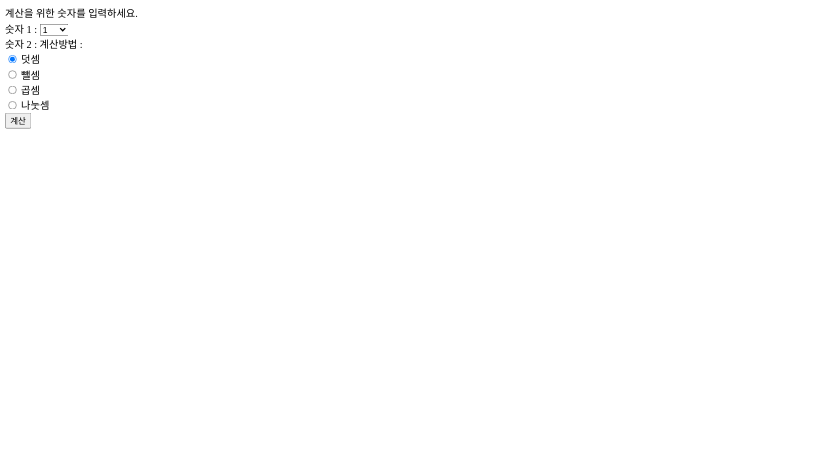
Repository: usonihs/StudyX
Page: http://localhost/JSP/RequestQuiz51.jsp
The author's editor kept a copy of each file at every save. The page is drawn from the files as they stood at one save, then again after the next save.
The browser window is 1280 px wide. The pictures show the whole page, at 64% of full size.
The page is served by Tomcat 9.

Above is the page before, as saved 2022-10-20 04:58:54.

After the next save:
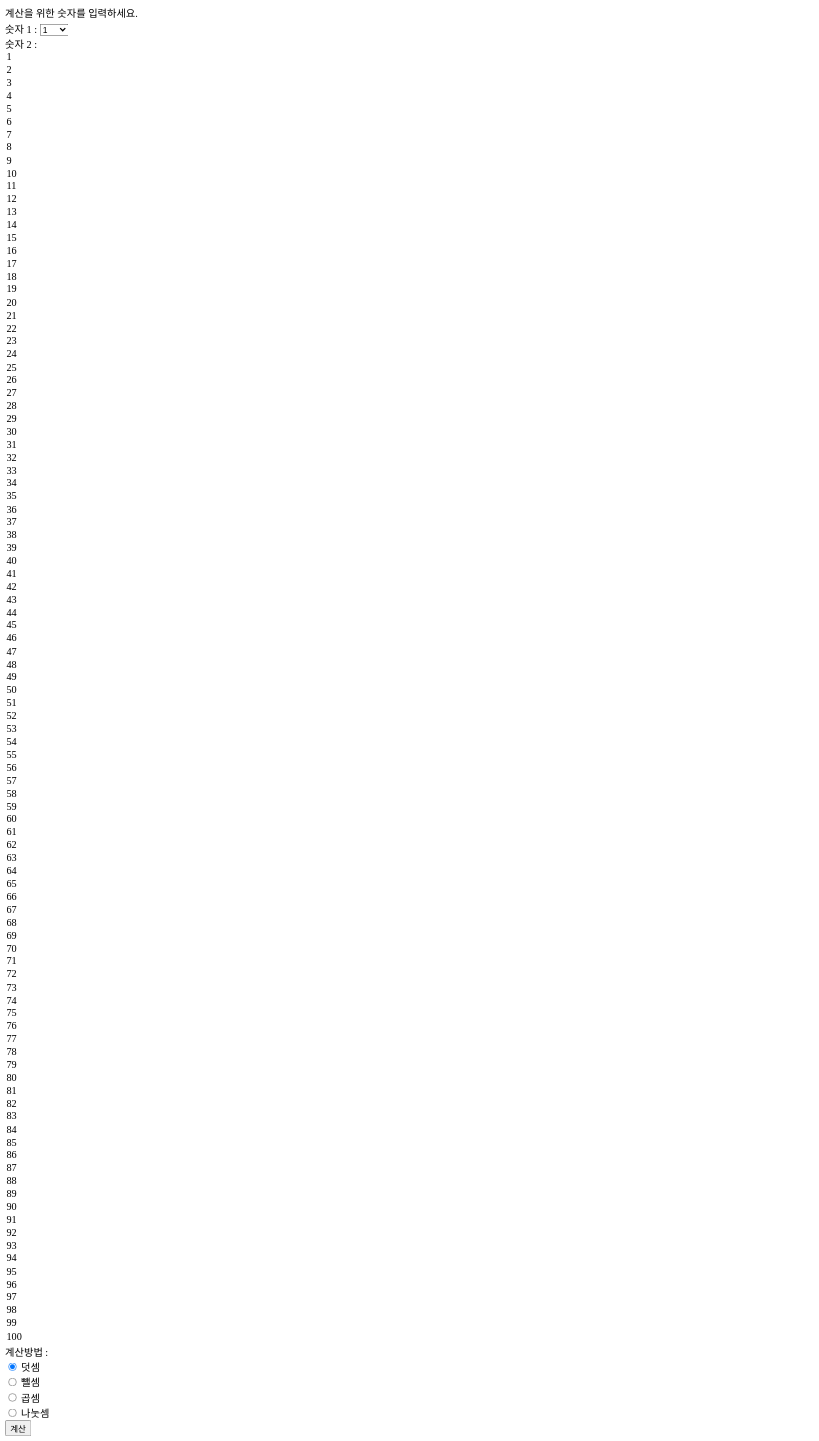
Saved 7 s later.
--- a/JSP/JSP/src/main/webapp/RequestQuiz51.jsp
+++ b/JSP/JSP/src/main/webapp/RequestQuiz51.jsp
@@ -16,8 +16,10 @@
 	%>
 </select>
 <br>
-
-숫자 2 :
+숫자 2 : <%for(int i = 1; i <= 100; i++){
+	out.println("<option>" + i + "</option>");
+}
+	%>
 계산방법 : <br>
 <input type="radio" name="method" value="add" checked="checked"> 덧셈 <br>
 <input type="radio" name="method" value="sub"> 뺄셈 <br>
